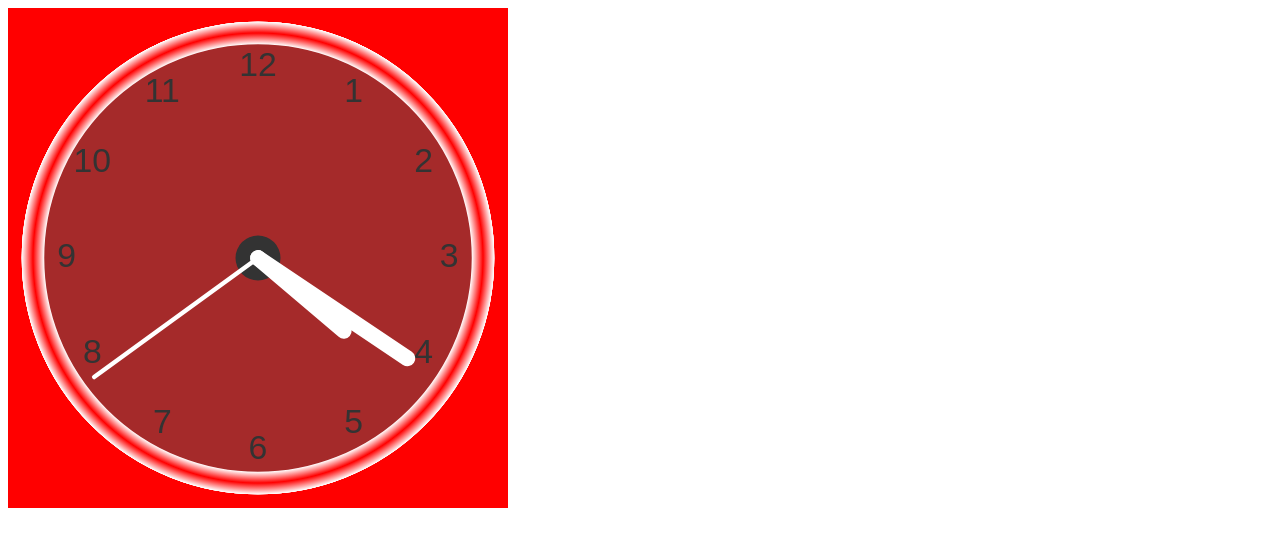
Repository: ManojAndroid/WellcomeToAndroidApp
Page: AddressBook_App/Canvas_Project/WebContent/Clock.html
The author's editor kept a copy of each file at every save. The page is drawn from the files as they stood at one save, then again after the next save.
The browser window is 1280 px wide. The pictures show the whole page.

Above is the page before, as saved 2017-04-20 13:12:21.

### AddressBook_App/Canvas_Project/WebContent/Clock.html
<!DOCTYPE html>
<html>
<body>

<canvas id="canvas" width="500" height="500"
style="background-color:red">
</canvas>

<script>
var canvas = document.getElementById("canvas");
var ctx = canvas.getContext("2d");
var radius = canvas.height / 2;
ctx.translate(radius, radius);
radius = radius * 0.90
setInterval(drawClock, 1000);

function drawClock() {
  drawFace(ctx, radius);
  drawNumbers(ctx, radius);
  drawTime(ctx, radius);
}

function drawFace(ctx, radius) {
  var grad;
  ctx.beginPath();
  ctx.arc(0, 0, radius, 0, 2*Math.PI);
  ctx.fillStyle = 'brown';
  ctx.fill();
  grad = ctx.createRadialGradient(0,0,radius*0.95, 0,0,radius*1.05);
  grad.addColorStop(0, 'white');
  grad.addColorStop(0.5, 'red');
  grad.addColorStop(1, 'white');
  ctx.strokeStyle = grad;
  ctx.lineWidth = radius*0.1;
  ctx.stroke();
  ctx.beginPath();
  ctx.arc(0, 0, radius*0.1, 0, 2*Math.PI);
  ctx.fillStyle = '#333';
  ctx.fill();
}

function drawNumbers(ctx, radius) {
  var ang;
  var num;
  ctx.font = radius*0.15 + "px arial";
  ctx.textBaseline="middle";
  ctx.textAlign="center";
  for(num = 1; num < 13; num++){
    ang = num * Math.PI / 6;
    ctx.rotate(ang);
    ctx.translate(0, -radius*0.85);
    ctx.rotate(-ang);
    ctx.fillText(num.toString(), 0, 0);
    ctx.rotate(ang);
    ctx.translate(0, radius*0.85);
    ctx.rotate(-ang);
  }
}

function drawTime(ctx, radius){
    var now = new Date();
    var hour = now.getHours();
    var minute = now.getMinutes();
    var second = now.getSeconds();
    //hour
    hour=hour%12;
    hour=(hour*Math.PI/6)+
    (minute*Math.PI/(6*60))+
    (second*Math.PI/(360*60));
    drawHand(ctx, hour, radius*0.5, radius*0.07);
    //minute
    minute=(minute*Math.PI/30)+(second*Math.PI/(30*60));
    drawHand(ctx, minute, radius*0.8, radius*0.07);
    // second
    second=(second*Math.PI/30);
    drawHand(ctx, second, radius*0.9, radius*0.02);
}

function drawHand(ctx, pos, length, width) {
    ctx.beginPath();
    ctx.lineWidth = width;
    ctx.lineCap = "round";
    ctx.moveTo(0,0);
    ctx.rotate(pos);
    ctx.lineTo(0, -length);
    ctx.stroke();
    ctx.rotate(-pos);
}
</script>

</body>
</html>

After the next save:
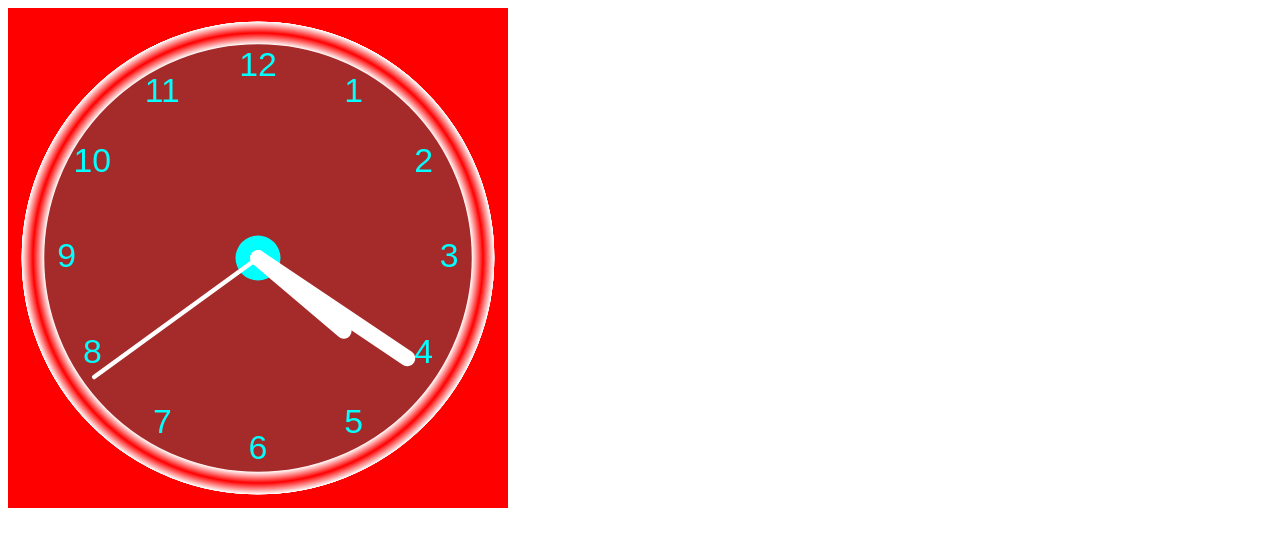
Saved 34 s later.
--- a/AddressBook_App/Canvas_Project/WebContent/Clock.html
+++ b/AddressBook_App/Canvas_Project/WebContent/Clock.html
@@ -35,7 +35,7 @@ function drawFace(ctx, radius) {
   ctx.stroke();
   ctx.beginPath();
   ctx.arc(0, 0, radius*0.1, 0, 2*Math.PI);
-  ctx.fillStyle = '#333';
+  ctx.fillStyle = 'cyan';
   ctx.fill();
 }
 
